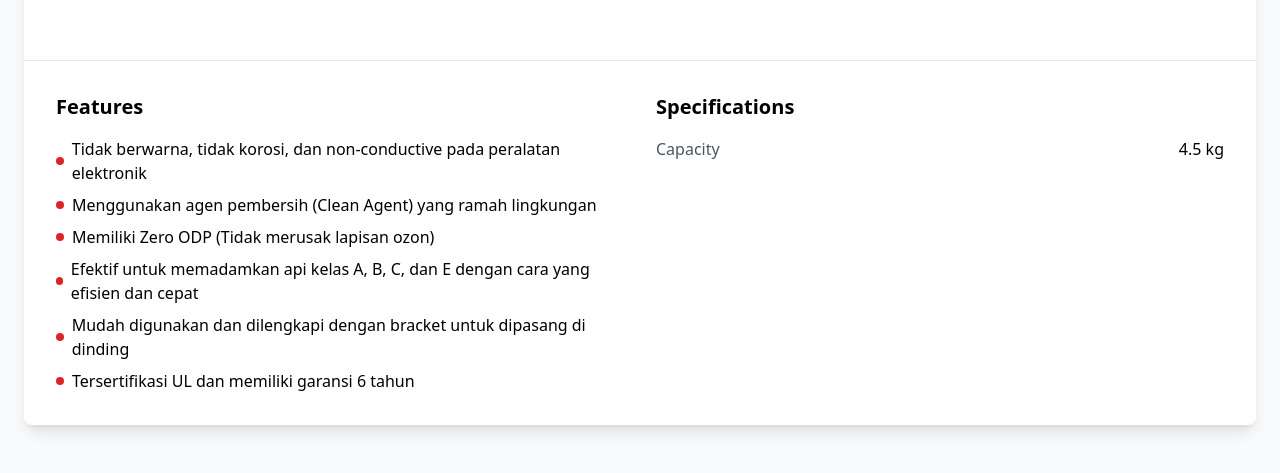
Repository: matrixmas/matrixmas.github.io
Page: /products/1
An editor plug-in stored every save of this project. The page is shown before and after the next save, followed by the edit.
The browser window is 1280 px wide. The pictures show the part of the page from y = 608 to 1081 px (the page is 1081 px tall).
The project was rebuilt for these pictures with package versions that can differ from the ones it lists, and the page was loaded fresh each time. Also part of the build but not shown: vite.config.ts, src/pages/Home.tsx, src/pages/Products.tsx, src/pages/About.tsx, src/pages/Contact.tsx.

Above is the page before, as saved 2025-02-04 13:43:26.

After the next save:
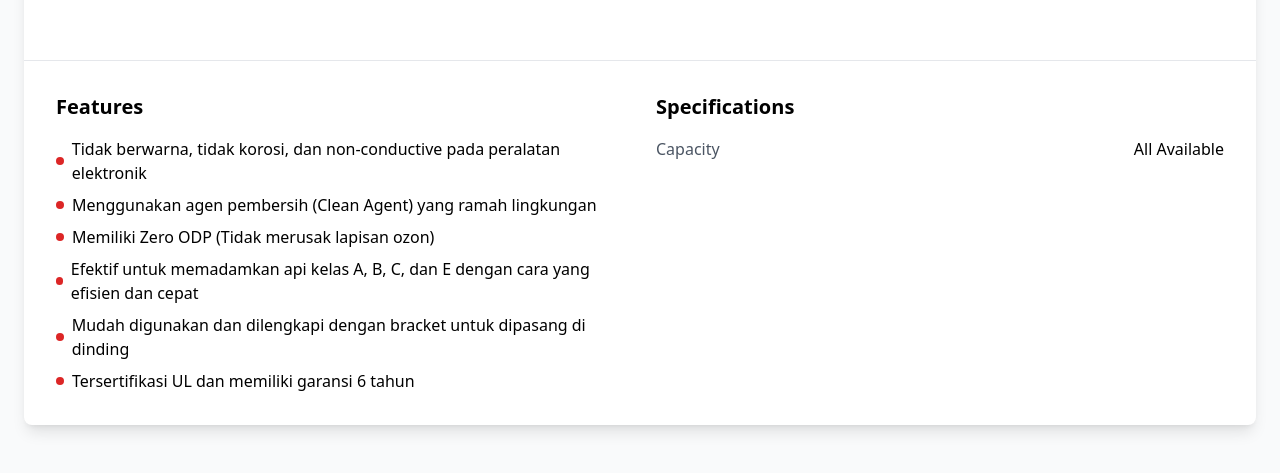
Saved 11 s later.
--- a/src/pages/ProductDetail.tsx
+++ b/src/pages/ProductDetail.tsx
@@ -19,7 +19,7 @@ features: [
   "Tersertifikasi UL dan memiliki garansi 6 tahun"
 ],
 specifications: {
-  capacity: "4.5 kg",
+  capacity: "All Available",
 }
   },
   {
